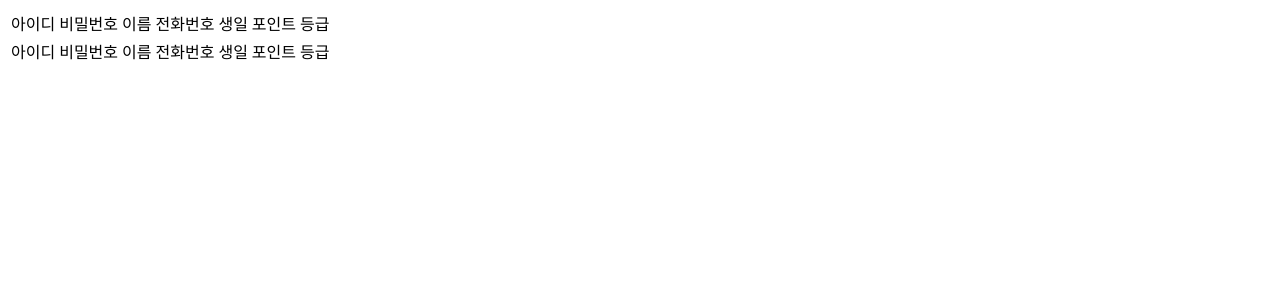
Repository: moonsae/jsp
Page: http://localhost/pagePrj0911/list3.page
An editor plug-in stored every save of this project. The page is shown before and after the next save, followed by the edit.
The browser window is 1280 px wide. The pictures show the whole page.
The page is served by Tomcat 9. Queries for data that is not in the repository find no rows.

Above is the page before, as saved 2023-09-11 06:28:45.

After the next save:
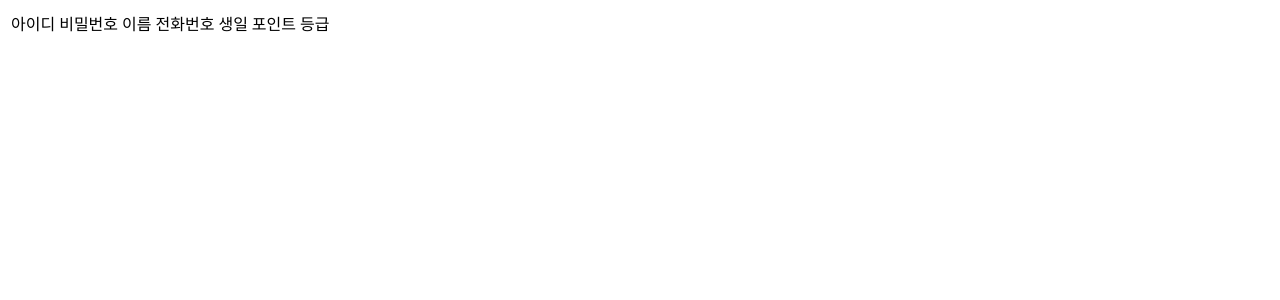
Saved 75 s later.
--- a/pagePrj0911/src/main/webapp/WEB-INF/views/listPage3.jsp
+++ b/pagePrj0911/src/main/webapp/WEB-INF/views/listPage3.jsp
@@ -25,16 +25,16 @@
 		<td>포인트</td>
 		<td>등급</td>
 	</tr>
-	<% for(Member m : list) %>
+	<% for(Member m : list) {%>
 	<tr>
-		<td>아이디</td>
-		<td>비밀번호</td>
-		<td>이름</td>
-		<td>전화번호</td>
-		<td>생일</td>
-		<td>포인트</td>
-		<td>등급</td>
-	</tr>
+		<td><%=m.getM_id() %></td>
+		<td><%=m.getM_pw() %></td>
+		<td><%=m.getM_name() %></td>
+		<td><%=m.getM_tel() %></td>
+		<td><%=m.getM_birthday() %></td>
+		<td><%=m.getM_point() %></td>
+		<td><%=m.getM_grade() %></td>
+	</tr><%} %>
 </table>
 </body>
 </html>
